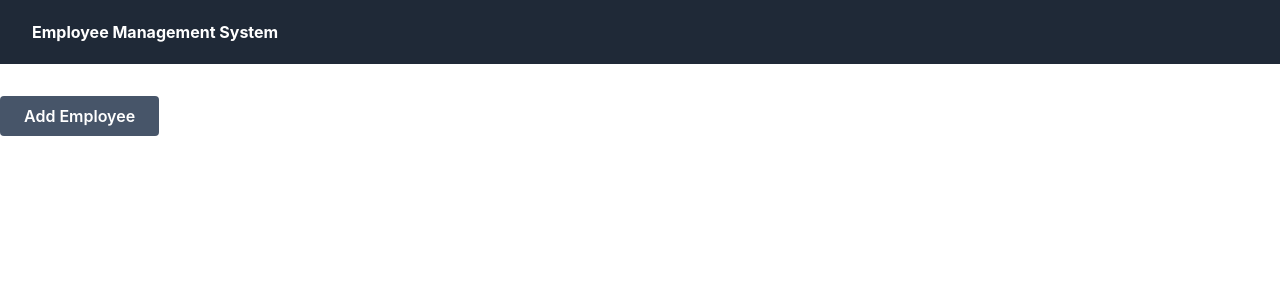
Repository: Atanu484/Full-Stack-Employee-Management-System
Page: / (app in employee-system-frontend/)
An editor plug-in stored every save of this project. The page is shown before and after the next save, followed by the edit.
The browser window is 1280 px wide. The pictures show the whole page.
The project was rebuilt for these pictures with package versions that can differ from the ones it lists, and the page was loaded fresh each time. Also part of the build but not shown: employee-system-frontend/src/App.css, employee-system-frontend/src/services/EmployeeService.js, employee-system-frontend/src/components/AddEmployee.js.

Above is the page before, as saved 2022-08-15 01:45:03.

After the next save:
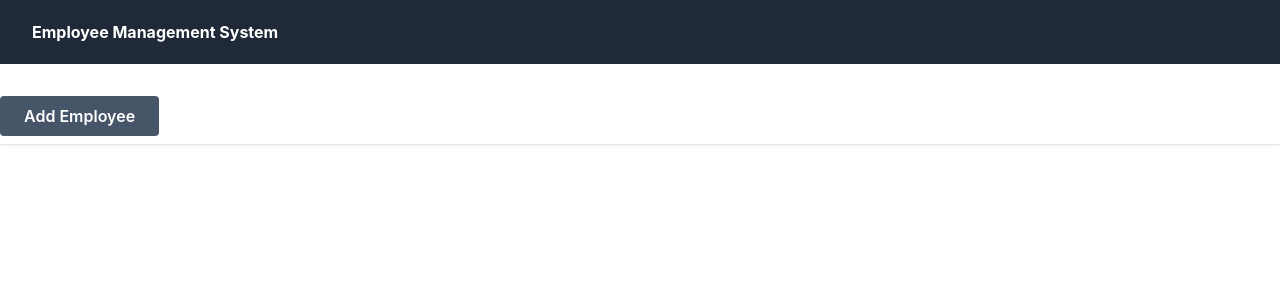
Saved 15 s later.
--- a/employee-system-frontend/src/components/EmployeeList.js
+++ b/employee-system-frontend/src/components/EmployeeList.js
@@ -8,7 +8,7 @@ const EmployeeList = () => {
                     Add Employee
                 </button>
             </div>
-            <div className='flex shadow border-'></div>
+            <div className='flex shadow border-b'></div>
         </div>
     );
 };
